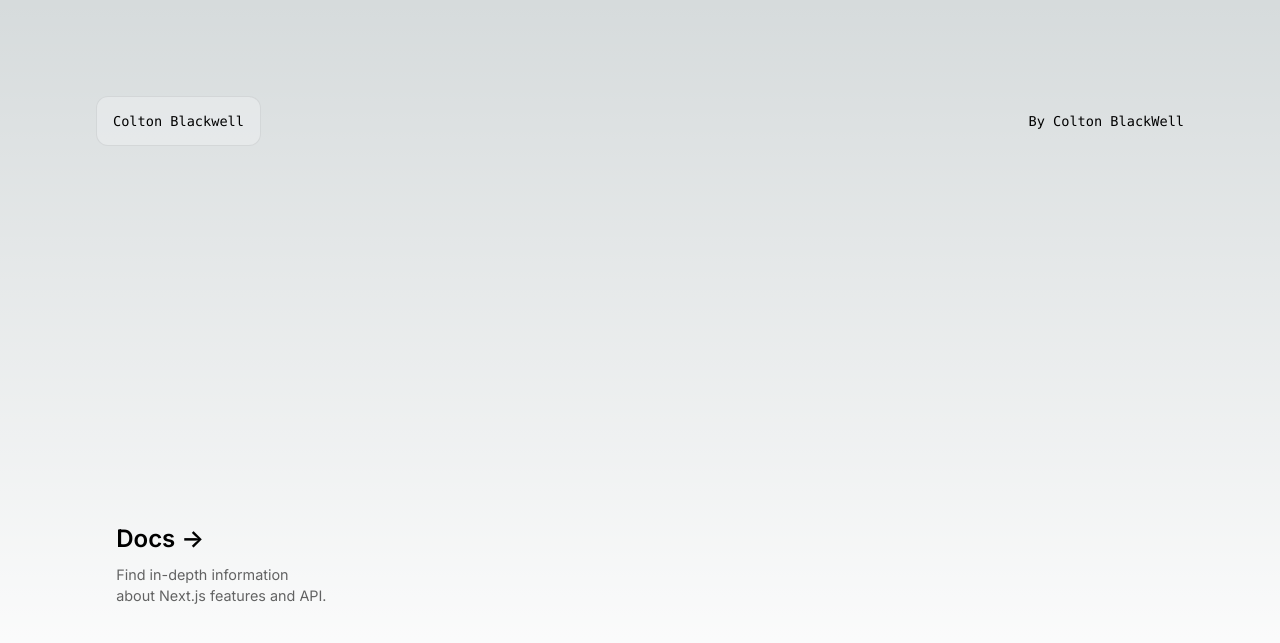
Repository: coltonBlackwell/Music_Quiz
Page: /
These files come from the project's save history. The page is drawn as it stood at one moment and after the next save; the edit follows.
The browser window is 1280 px wide. The pictures show the whole page.
The project was rebuilt for these pictures with package versions that can differ from the ones it lists, and the page was loaded fresh each time. The framework's server and built-in components were replaced by stand-ins that run in the browser. Also part of the build but not shown: next.config.mjs.

Above is the page before, as saved 2024-06-30 14:17:03.

### src/app/page.tsx
import Image from "next/image";
import styles from "./page.module.css";
import Retake from "../../components/atoms/retake_Button"

export default function Home() {
  return (
    <main className={styles.main}>
      <div className={styles.description}>
        <p>
          Colton Blackwell
        </p>
        <div>
          <a
            href="https://vercel.com?utm_source=create-next-app&utm_medium=appdir-template&utm_campaign=create-next-app"
            target="_blank"
            rel="noopener noreferrer"
          >
            By Colton BlackWell
          </a>

        </div>
      </div>


      <div className={styles.grid}>
        <a
          href="https://nextjs.org/docs?utm_source=create-next-app&utm_medium=appdir-template&utm_campaign=create-next-app"
          className={styles.card}
          target="_blank"
          rel="noopener noreferrer"
        >
          <h2>
            Docs <span>-&gt;</span>
          </h2>
          <p>Find in-depth information about Next.js features and API.</p>
        </a>
      </div>
    </main>
  );
}

### components/atoms/retake_Button.tsx
export default function Retake_Button(){
    return(
        <button>
            <p>Penguin</p>
        </button>
    );
}

Loaded but not shown: src/app/layout.tsx (common file); src/app/globals.css (common file); src/app/page.module.css (common file)

After the next save:
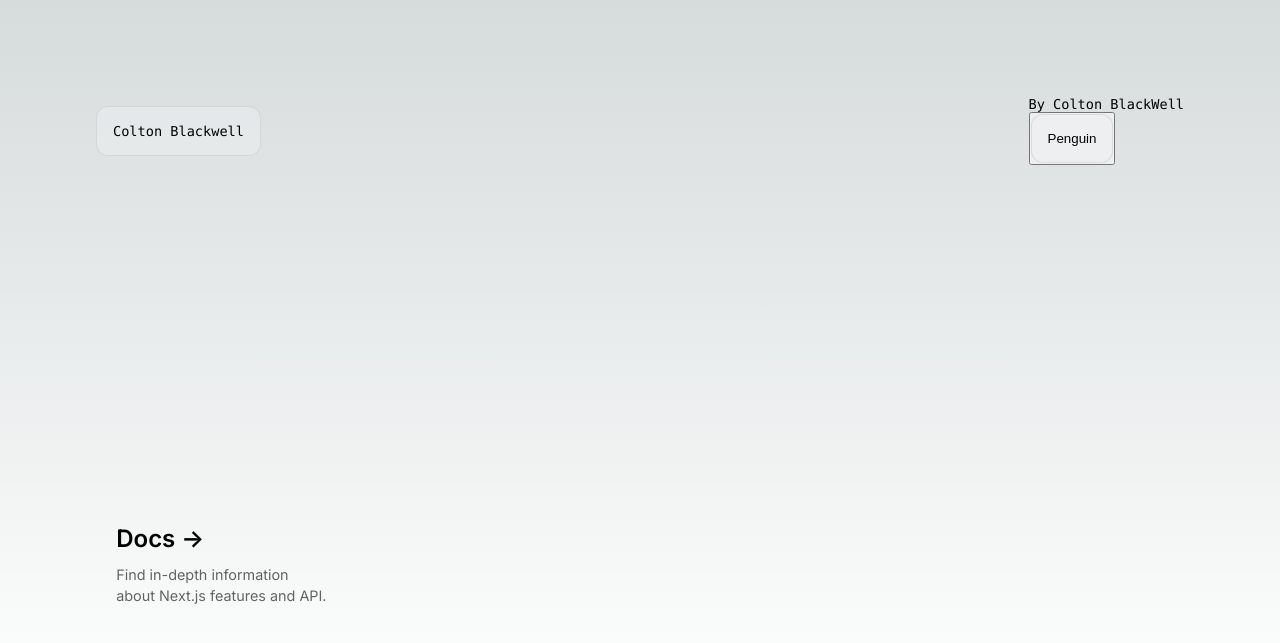
Saved 14 s later.
--- a/src/app/page.tsx
+++ b/src/app/page.tsx
@@ -17,7 +17,7 @@ export default function Home() {
           >
             By Colton BlackWell
           </a>
-
+          <Retake/>
         </div>
       </div>
 
